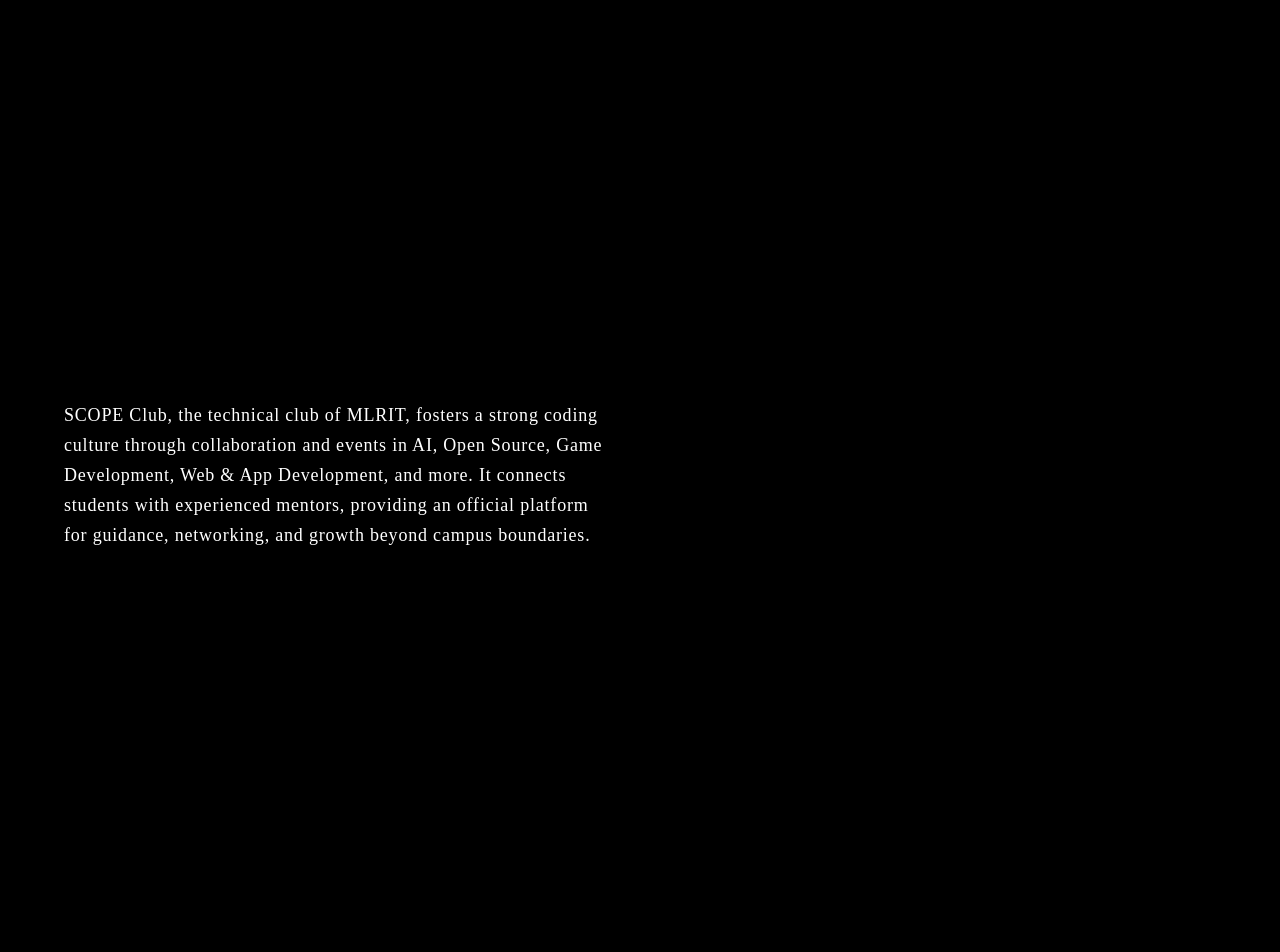
Repository: vajjipartisatwikraj/scopeclub
Page: /home
The author's editor kept a copy of each file at every save. The page is drawn from the files as they stood at one save, then again after the next save.
The browser window is 1280 px wide. The pictures show the part of the page from y = 752 to 1704 px (the page is 4336 px tall).
Some web fonts or font styles are not loaded; a fallback is used. The project was rebuilt for these pictures with package versions that can differ from the ones it lists, and the page was loaded fresh each time. Also part of the build but not shown: src/components/Team/Team.css, src/Assets/Data/TeamData.js, src/Assets/Data/TeamData22.js, src/Assets/Data/TeamData23.js, src/Assets/Data/TeamData24.js, src/Assets/Data/TeamData25.js, src/Assets/Data/TeamData26.js, src/Assets/Data/TeamData27.js and 15 more.

Above is the page before, as saved 2025-02-16 14:33:58.

### public/index.html
<!DOCTYPE html>
<html lang="en">
  <head>
    <meta charset="utf-8" />
    <link rel="icon" href="%PUBLIC_URL%/favicon.ico" />
    <!-- Bootstrap CSS -->

    <meta name="viewport" content="width=device-width, initial-scale=1" />
    <meta name="theme-color" content="#000000" />
    <meta
      name="description"
      content="Web site created using create-react-app"
    />
    <link rel="apple-touch-icon" href="%PUBLIC_URL%/logo192.png" />
    <!--
      manifest.json provides metadata used when your web app is installed on a
      user's mobile device or desktop. See https://developers.google.com/web/fundamentals/web-app-manifest/
    -->
    <link rel="manifest" href="%PUBLIC_URL%/manifest.json" />
    <!--
      Notice the use of %PUBLIC_URL% in the tags above.
      It will be replaced with the URL of the `public` folder during the build.
      Only files inside the `public` folder can be referenced from the HTML.

      Unlike "/favicon.ico" or "favicon.ico", "%PUBLIC_URL%/favicon.ico" will
      work correctly both with client-side routing and a non-root public URL.
      Learn how to configure a non-root public URL by running `npm run build`.
    -->
    <title>React App</title>
    <script type="module" src="https://unpkg.com/@splinetool/viewer@1.9.68/build/spline-viewer.js"></script>

    <link href="https://cdn.jsdelivr.net/npm/bootstrap@5.3.3/dist/css/bootstrap.min.css" rel="stylesheet" integrity="sha384-QWTKZyjpPEjISv5WaRU9OFeRpok6YctnYmDr5pNlyT2bRjXh0JMhjY6hW+ALEwIH" crossorigin="anonymous">
  </head>
  <body>
    <noscript>You need to enable JavaScript to run this app.</noscript>
    <div id="root"></div>
    <!--
      This HTML file is a template.
      If you open it directly in the browser, you will see an empty page.

      You can add webfonts, meta tags, or analytics to this file.
      The build step will place the bundled scripts into the <body> tag.

      To begin the development, run `npm start` or `yarn start`.
      To create a production bundle, use `npm run build` or `yarn build`.
    -->
    <script src="https://cdn.jsdelivr.net/npm/bootstrap@5.3.3/dist/js/bootstrap.bundle.min.js" integrity="sha384-YvpcrYf0tY3lHB60NNkmXc5s9fDVZLESaAA55NDzOxhy9GkcIdslK1eN7N6jIeHz" crossorigin="anonymous"></script>
  </body>
</html>

### src/App.js
import { BrowserRouter as Router, Routes, Route } from 'react-router-dom';
import Navbar from './components/Navbar';
import Home from './components/Home';
import Teams from './components/Team/Team';
import Events from './components/Events/Events';
import Resources from './components/resources/Resources';
import './App.css';
import { gsap } from 'gsap';
import { ScrollTrigger } from 'gsap/ScrollTrigger';
import React, { useEffect} from 'react';
import Footer from './components/Footer';
import ContactUs from './components/ContactUs/ContactUs';

gsap.registerPlugin(ScrollTrigger);

function App() {


  useEffect(() => {
    setTimeout(() => {
      const coords = { x: 0, y: 0 };
      const circles = document.querySelectorAll('.circle');
      if (circles.length === 0) return;

      circles.forEach((circle) => {
        circle.x = 0;
        circle.y = 0;
      });

      window.addEventListener('mousemove', (e) => {
        coords.x = e.clientX;
        coords.y = e.clientY;
      });

      function animateCircles() {
        let x = coords.x;
        let y = coords.y;

        circles.forEach((circle, index) => {
          if (!circle) return;

          circle.style.left = `${x - 12}px`;
          circle.style.top = `${y - 12}px`;
          circle.style.scale = (circles.length - index) / circles.length;
          circle.x = x;
          circle.y = y;

          const nextCircle = circles[index + 1] || circles[0];
          x += (nextCircle.x - x) * 0.3;
          y += (nextCircle.y - y) * 0.3;
        });

        requestAnimationFrame(animateCircles);
      }

      animateCircles();
    }, 100);
  }, []);

  return (
    <>
    <Router>
      <Navbar />
      <Routes>
        <Route path="/home" element={<Home />} />
        <Route path="/teams" element={<Teams />} />
        <Route path="/events" element={<Events />} />
        <Route path="/resources" element={<Resources />} />
        <Route path="/contact" element={<ContactUs />} />
      </Routes>
      <Footer/>
    </Router>
    {/* Cursor effect elements */}
    {[...Array(20)].map((_, index) => (
      <div key={index} className="circle"></div>
    ))}</>
  );
}

export default App;

### src/components/Navbar.js
import {React, useEffect, useState} from 'react';
import { Link } from 'react-router-dom';
import './Navbar.css';

function Navbar() {

  const [showNavbar, setShowNavbar] = useState(true);
  let lastScrollY = window.scrollY;

  useEffect(() => {
    const handleScroll = () => {
      if (window.scrollY > lastScrollY) {
        setShowNavbar(false); // Hide on scroll down
      } else {
        setShowNavbar(true); // Show on scroll up
      }
      lastScrollY = window.scrollY;
    };

    window.addEventListener("scroll", handleScroll);

    return () => {
      window.removeEventListener("scroll", handleScroll);
    };
  }, []);

  return (
    <div className={`NAVBAR ${showNavbar ? "visible" : "hidden"}`}>
      <nav className="navbar navbar-expand-lg">
        <div className="container-fluid d-flex">
          <div className="scope-logo"></div>
          <button
            className="navbar-toggler order-lg-2"
            type="button"
            data-bs-toggle="collapse"
            data-bs-target="#navbarSupportedContent"
            aria-controls="navbarSupportedContent"
            aria-expanded="false"
            aria-label="Toggle navigation"
          >
            <span className="navbar-toggler-icon"></span>
          </button>
          <div className="collapse navbar-collapse order-lg-3" id="navbarSupportedContent">
            <ul className="navbar-nav mx-auto mb-2 mb-lg-0 nav-bar d-flex justify-content-around">
              <li className="nav-item">
                <Link className="nav-link active" to="/home">Home</Link>
              </li>
              <li className="nav-item">
                <Link className="nav-link" to="/teams">Team</Link>
              </li>
              <li className="nav-item">
                <Link className="nav-link" to="/events">Events</Link>
              </li>
              <li className="nav-item">
                <Link className="nav-link" to="/resources">Resources</Link>
              </li>
              <li className="nav-item">
                <Link className="nav-link" to="/contact">Contact Us</Link>
              </li>
            </ul>
            <form className="d-flex order-lg-4" role="search">
              <a href="https://linktr.ee/mlritscope" className="linktree">
              <button  className="btn btn-outline-success joinus-btn" type="submit">Join Us</button>
              </a>

            </form>
          </div>
        </div>
      </nav>
    </div>
  );
}

export default Navbar;

### src/App.css

* {
  padding: 0px;
  margin: 0px;
}

::-webkit-scrollbar {
  display: none;
}

@font-face {
  font-family: "turnkey-bold";
  src: url(C:\Users\SATWIK\OneDrive\Desktop\scope-website\public\fonts\TurnkeyLite-Bold.otf)
    format("woff2");
  font-weight: normal;
  font-style: normal;
}

@font-face {
  font-family: "turnkey-medium";
  src: url(C:\Users\SATWIK\OneDrive\Desktop\scope-website\public\fonts\TurnkeyLite-Medium.otf)
    format("woff2");
  font-weight: normal;
  font-style: normal;
}

@font-face {
  font-family: "turnkey-light";
  src: url(C:\Users\SATWIK\OneDrive\Desktop\scope-website\public\fonts\TurnkeyLite-ExtraLight.otf)
    format("woff2");
  font-weight: normal;
  font-style: normal;
}


@font-face {
  font-family: 'MADE-OUTER-SANS';
  src: url('../public/fonts/MADEOuterSansBoldPERSONALUSE.otf') format('truetype');
}

.green-container {
  width: 100%;
  height: 112vh;
  display: flex;
  justify-content: center;
}

.inner-container {
  position: relative; /* Needed for absolute positioning */
  width: 95%;
  height: 85%;
  border-radius: 0px 0px 19.548px 19.548px;
  overflow: hidden;
  display: flex;
  justify-content: space-between;
  background: linear-gradient(
    180deg,
    rgba(0, 0, 0, 0.33) 0%,
    rgba(9, 16, 0, 0.37) 54.9%,
    rgba(35, 63, 0, 0.5) 76.4%,
    rgba(68, 124, 0, 0.5) 98.4%
  );
}

.circle-light {
  position: relative;
  top: 30%;
  left: 40%;
  width: 20%;
  height: 20%;
  border-radius: 500px;
  background-color: rgba(87, 201, 90, 0.5);
  filter: blur(303.035400390625px);
}

.grid-image-left {
  width: 40%;
  height: 100%;
  position: relative;
  bottom: 0%;
  background-image: url(C:\Users\SATWIK\OneDrive\Desktop\scope-website\public\images\Vector1.png);
  background-size: cover;
  background-size: contain;
  background-repeat: no-repeat;
  background-position: right bottom;
}

.grid-image-right {
  width: 40%;
  height: 100%;
  position: relative;
  bottom: 0%;
  background-image: url(C:\Users\SATWIK\OneDrive\Desktop\scope-website\public\images\Vector2.png);
  background-size: cover;
  background-size: contain;
  background-repeat: no-repeat;
  background-position: left bottom;
  z-index: 2;
}

.top-layer {
  position: absolute;
  z-index: 1;
  display: flex;
  align-items: center;
  flex-direction: column;
  align-items: center;
  top: 30%;
}

.head {
  font-family: turnkey-bold;
  color: white;
  font-size: 500%;
  letter-spacing: -2px;
  margin-bottom: 0px;
}

.highlighted {
  font-family: turnkey-bold;
  color: #36be00;
}

.caption {
  margin-top: 1%;
  font-family: turnkey-light;
  font-size: 16px;
  font-weight: 100;
  color: white;
  width: 60%;
  line-height: 154.513%; /* 25.29px */
  letter-spacing: 1px;
  text-align: center;
}

.hw-container {
  margin-bottom: 3%;
  width: 200px;
  height: 8vh;
  border-radius: 27.44px;
  border: 0.61px solid #36be00;
  box-shadow: 0px 0px 4.878px 2.439px rgba(54, 190, 0, 0.25);
  display: flex;
  align-items: center;
  justify-content: space-around;
  padding-left: 10px;
}

.hw-text {
  font-family: turnkey-light;
  font-size: 25px;
  color: white;
  margin: 0px;
  width: fit-content;
  text-overflow: ellipsis;
}

.hw-arrow {
  width: 20%;
  height: 90%;
  position: relative;
  background-image: url(C:\Users\SATWIK\OneDrive\Desktop\scope-website\public\images\arrow.png);
  background-size: cover;
  background-size: contain;
  background-repeat: no-repeat;
  background-position: center;
}

.fontChange {
  font-family: "Gill Sans", "Gill Sans MT", Calibri, "Trebuchet MS", sans-serif;
}

@keyframes expandCircle {
  0% {
    width: 0px;
    height: 0px;
    opacity: 0;
  }
  100% {
    width: var(--circle-size);
    height: var(--circle-size);
    opacity: 1;
  }
}

div.circles {
  width: 50%;
  height: 10vh;
  position: absolute;
  z-index: 1;
  display: flex;
  justify-content: center;
  align-items: center;
  top: 100%;
  left: 25%;
  opacity: 0.3;
}

div.circle1,
div.circle2,
div.circle3 {
  position: absolute;
  border-radius: 50%;
  animation: expandCircle 0.6s cubic-bezier(0.25, 1, 0.5, 1) forwards;
}

/* Circle 1 */
div.circle1 {
  --circle-size: 300px;
  background: rgba(0, 135, 4, 0.5);
  animation-delay: 0s;
}

/* Circle 2 */
div.circle2 {
  --circle-size: 400px;
  background: rgba(43, 145, 46, 0.2);
  animation-delay: 0.15s;
}

/* Circle 3 */
div.circle3 {
  --circle-size: 500px;
  background: rgba(43, 145, 46, 0.2);
  animation-delay: 0.3s;
}

.inside-scope {
  width: 100%;
  height: 100%;
  margin-top: 10%;
  margin-bottom: 10%;
  display: flex;
  align-items: center;
}

@keyframes expandBlurredCircle {
  from {
    width: 0;
    height: 0;
    opacity: 0;
    filter: blur(0px);
  }
  to {
    width: 40%;
    height: 80%;
    opacity: 1;
    filter: blur(200px);
  }
}

.is-circle-light {
  position: absolute;
  align-items: center;
  z-index: 1;
  height: 80%;
  width: 40%;
  border-radius: 500px;
  background: rgba(51, 217, 11, 0.25);
  filter: blur(200px);
  opacity: 0; /* Initially hidden */
  animation: expandBlurredCircle 1s ease-out forwards;
  animation-play-state: paused; /* Pause the animation initially */
}

/* Use a scroll-based approach to trigger the animation */
@media (prefers-reduced-motion: no-preference) {
  .is-circle-light {
    animation-play-state: running; /* Start the animation */
    animation-timeline: view();
  }
}

.is-top-layer {
  display: flex;
  align-items: center;
  justify-content: center;
  gap: 30px;
  z-index: 5;
  padding-left: 5%;
  padding-right: 5%;
}

.is-image {
  width: 150%;
  height: 70vh;
}

.is-contents {
  align-items: start;
  display: flex;
  flex-direction: column;
  gap: 20px;
}

.is-head {
  font-family: turnkey-light;
  color: white;
  font-size: 5vw;
  letter-spacing: -2px;
  margin: 0px;
}

.is-caption {
  width: 80%;
  font-size: 18px;
  color: white;
  font-family: turnkey-light;
  line-height: 30px; /* 150% */
  letter-spacing: 0.05rem;
}

body {
  background-color: black;
  margin: 0;
}

.circle {
  height: 24px;
  width: 24px;
  border-radius: 50%;
  background-color: white;
  position: fixed;
  top: 0;
  left: 0;
  pointer-events: none;
  z-index: 99999999; /* Ensures it stays on top */
  opacity: 0.8;
  transition: transform 0.1s ease-out;
}

/*What do we do?*/

.wdwd {
  width: 100%;
  height: 100%;
  padding: 5%;
  display: flex;
  flex-direction: column;
  align-items: center;
  padding-top: 0px;
  padding-bottom: 0px;
}

.wdwd-head {
  font-size: 60px;
  font-family: turnkey-light;
  color: white;
}

.wdwd-main-container {
  margin: 150px;
  margin-top: 60px;
}

.wdwe-01-container,
.wdwe-02-container,
.wdwe-03-container {
  display: flex;
  align-items: center;
  padding-top: 50px;
  gap: 10%;
}

.wdwd-01-num,
.wdwd-02-num,
.wdwd-03-num {
  -webkit-text-stroke-width: 1px;
  -webkit-text-stroke-color: #36be00;
  color: transparent;
  font-family: turnkey-bold;
  font-size: 300px;
  font-style: normal;
  font-weight: 700;
  line-height: normal;
  transition: color 0.3s ease-in-out;
}

.wdwd-01,
.wdwd-02,
.wdwd-03 {
  display: flex;
  flex-direction: column;
  gap: 20px;
}

.wdwd-01-head,
.wdwd-02-head,
.wdwd-03-head {
  width: fit-content;
  padding-bottom: 10px;
  color: #fff;
  font-family: "FONTSPRING DEMO - Turnkey Medium";
  font-size: 50px;
  font-style: normal;
  font-weight: 500;
  line-height: normal;
  border-bottom: 4px solid #33d90b;
  margin: 0px;
}

.wdwd-01-content,
.wdwd-02-content,
.wdwd-03-content {
  color: #ffffffdb;
  font-family: turnkey-light;
  font-size: 16px;
  font-style: normal;
  font-weight: 100;
  line-height: normal;
  letter-spacing: 0.05rem;
}

/*brand-events */

.brand-events {
  height: 70vh;
  padding-top: 50px;
  margin-bottom: 200px;
  margin: 200px;
  display: flex;
  flex-direction: column;
  gap: 60px;
  margin-top: 0px;
}

.brand-events-top-container {
  display: flex;
  flex-direction: column;
  gap: 20px;
}


.brand-events-bottom-container {
  padding-bottom: 100px;
}

.brand-events-head {
  font-size: 60px;
  font-family: turnkey-bold;
  color: white;
}

.brand-events-caption {
  color: #ffffffdb;
  font-family: turnkey-light;
  font-size: 16px;
  font-style: normal;
  font-weight: 100;
  line-height: normal;
  letter-spacing: 0.05rem;
}

.logo-container {
  width: 100%;
  display: grid;
  gap: 60px;
  justify-content: center;
  align-items: center;
}

.logo {
  width: 60%;
  height: auto;
  object-fit: contain;
}

.line{
  color: #808080;
  height: 1px;
  width: 100%;
}

.footer-container{
  display: flex;
  flex-direction: column;
  align-items: center;
  justify-content: center;
  gap: 10%;
  height: 115%;
  padding: 5%;
}


.footer-bottom-container{
  width: 90%;
  display: flex;
  align-items: flex-start;
  gap: 15%;
  margin-top: 10%;
}

.footer-top-container{
  width: 100%;
  display: flex;
  padding: 4%;
  align-items: center;
  justify-content: center;
  gap: 70px;
  padding-bottom: 0px;
}

.scope,.mlrit{
  width: 20%;
  height: 7vh;
  position: relative;
  background-image: url(C:\Users\SATWIK\OneDrive\Desktop\scope-website\public\images\scope.png);
  background-size: cover;
  background-size: contain;
  background-repeat: no-repeat;
  background-position: center;
}

.mlrit{
  background-image: url(C:\Users\SATWIK\OneDrive\Desktop\scope-website\public\images\mlrit.png);
  height: 5vh;
}

.flwus-text,.writeus-text,.meet-text{
  font-family: turnkey-medium;
  font-size: 2.5rem;
  color: #33d90b;
}

.flwus-content,.writeus-content,.meet-content{
  font-family: turnkey-light;
  font-size: 1rem;
  color: #fff;
  letter-spacing: 0.05rem;
}

.social{
  display: flex;
}

.twitter,.instagram,.linkedIn,.github{
  height: 10vh;
  width: 30%;
  margin: 10px;
  margin-top: 0px;
  fill: #fff;
  cursor: pointer;
}

/* Desktop: 2x4 grid */
@media (min-width: 1024px) {
  .logo-container {
    grid-template-columns: repeat(4, 1fr);
    grid-template-rows: repeat(2, auto);
  }
}

/* Tablet: 3x3 grid */
@media (min-width: 768px) and (max-width: 1023px) {
  .logo-container {
    grid-template-columns: repeat(3, 1fr);
    grid-template-rows: repeat(3, auto);
  }
  .circle {
    visibility: hidden;
  }
}

/* Mobile: 3x3 grid */
@media (max-width: 768px) {


  .green-container{
    height: 100vh;
  }

  .hw-container {
    height: 6vh;
    width: 40%;
    padding-right: 5px;
  }

  .top-layer{
    top: 25%;
  }

  .head{
    text-align: center;
    margin-top: 5%;
    font-size: 50px;
    margin-bottom: 5%;
    line-height: 55px;
  }

  .caption{
    width: 80%;
    font-size: 15px;
  }


  .hw-text {
    font-size: 20px;
  }

  .inside-scope{
    margin-top: 0%;
  }

  .is-head{
    font-size: 13vw;

  }

  .is-caption{
    font-size: 13px;
    width: 100%;
    line-height: 20px;
    letter-spacing: 0.01rem;
  }

  .is-top-layer{
    flex-direction: column;
  }

  .is-image{
    height: 50vh;
    width: 200%;
  }
  /* Circle 1 */
  div.circle1 {
    --circle-size: 300px;
  }

  /* Circle 2 */
  div.circle2 {
    --circle-size: 400px;
  }

  /* Circle 3 */
  div.circle3 {
    --circle-size: 500px;
  }
  .circle {
    visibility: hidden;
    pointer-events: none;
  }

  .wdwd-head{
    font-size: 45px;
    margin-top: 30%;

  }

  .wdwd-main-container{
    display: flex;
    flex-direction: column;
    gap: 50px;
    margin: 5%;
  }

  .wdwd-01-num,
  .wdwd-02-num,
  .wdwd-03-num {
    font-size: 50px;
    width: fit-content;
    -webkit-text-stroke-width: 0.5px;
  }

  .wdwd-01-head,
  .wdwd-02-head,
  .wdwd-03-head {
    font-family: turnkey-bold;
    font-size: 30px;
    border-bottom: 1px solid #33d90b;
  }

  .wdwd-01-content,
  .wdwd-02-content,
  .wdwd-03-content {
    font-size: 13px;
  }

  .brand-events-head {
    font-size: 37px;
  }

  .brand-events {
    margin: 10px;
    padding: 5%;
    margin-top: 30%;
  }

  .brand-events-caption{
    font-size: 13px;
  }

  .logo-container {
    grid-template-columns: repeat(3, 1fr);
    grid-template-rows: repeat(3, auto);
    gap: 25px;
  }

  .flwus-text,.writeus-text,.meet-text{
    font-family: turnkey-medium;
    font-size: 30px;
    color: #33d90b;
  }

  .flwus-content,.writeus-content,.meet-content{
    font-size: 14px;
    letter-spacing: 0.2px;
  }


  .footer-top-container{
    gap: 5%;
  }

  .footer-bottom-container{
    flex-direction: column;
    gap: 50px;
  }

  .social{
    gap: 10px;
  }

  .twitter,.instagram,.linkedIn,.github{
    height: fit-content;
    width: 15%;
    margin: 3px;
    margin-top: 0px;
    fill: #fff;
    cursor: pointer;
  }
}

### src/components/Navbar.css
body {
  background-color: black;
}

.NAVBAR{
    position: fixed;
    top: 0px;
    width: 100%;
    z-index: 10;
}

.NAVBAR.hidden {
  transform: translateY(-100%);
}

.NAVBAR.visible {
  transform: translateY(0);
}

nav {
  margin-top: 1%;
  margin-left: 3%;
  margin-right: 3%;
}

.nav-item {
  display: flex;
  align-items: center;
}

.navbar-toggler-icon{
  background-image: url(C:\Users\SATWIK\OneDrive\Desktop\scope-website\public\images\nav.png);
  background-size: cover;
  background-size: contain;
  background-repeat: no-repeat;
  background-position: center;
}

ul.navbar-nav.mx-auto.mb-2.mb-lg-0.nav-bar {
  border: 1px solid white;
  border-radius: 100px;
  width: 45%;
  height: 55.089px;
  color: white;
  border-radius: 27.545px;
  border: 0.874px solid #363636;
  backdrop-filter: blur(5px);
  box-shadow: 0px 0px 3.498px 8.744px rgba(0, 0, 0, 0.25);
}

.nav-link,
.nav-link.active {
  font-size: 17px;
  font-family: turnkey-light;
  color: white !important;
}

.nav-link:hover{
  color: #36be00 !important;
}


.joinus-btn {
  width: 146px;
  height: 47.351px;
  border-radius: 32.751px;
  border: 1px solid rgba(255, 255, 255, 0.9);
  background: #36be00;
  font-family: turnkey-medium;
  color: white;
  font-size: 20px;
}

.scope-logo {
  width: 10%;
  height: 10vh;
  position: relative;
  background-image: url(C:\Users\SATWIK\OneDrive\Desktop\scope-website\public\images\scope-logo.png);
  background-size: cover;
  background-size: contain;
  background-repeat: no-repeat;
  background-position: center;
}


/* Desktop: 2x4 grid */
@media (min-width: 1024px) {

}

/* Tablet: 3x3 grid */
@media (min-width: 768px) and (max-width: 1023px) {

}


/* Mobile: 3x3 grid */
@media (max-width: 768px) {
  .scope-logo{
    width: 30%;
  }
  .nav-link.active {
    background-color: rgb(33, 33, 33);
    border-radius: 10px;
    padding: 10px 30px 10px 30px;
    width: 200%;
  }
  ul.navbar-nav.mx-auto.mb-2.mb-lg-0.nav-bar {
    display: flex;
    flex-direction: column;
    align-items: center;
    width: 100%;
    height: 100%;
    border-radius: 0px;
    border: 0px;
    background-color: black;
  }
  .joinus-btn{
    visibility: hidden;
    pointer-events: none;
  }
}

Loaded but not shown: src/index.js (common file); src/index.css (common file); src/reportWebVitals.js (common file); src/components/Home.js (164 lines, source omitted); src/components/Footer.js (38 lines, source omitted)

After the next save:
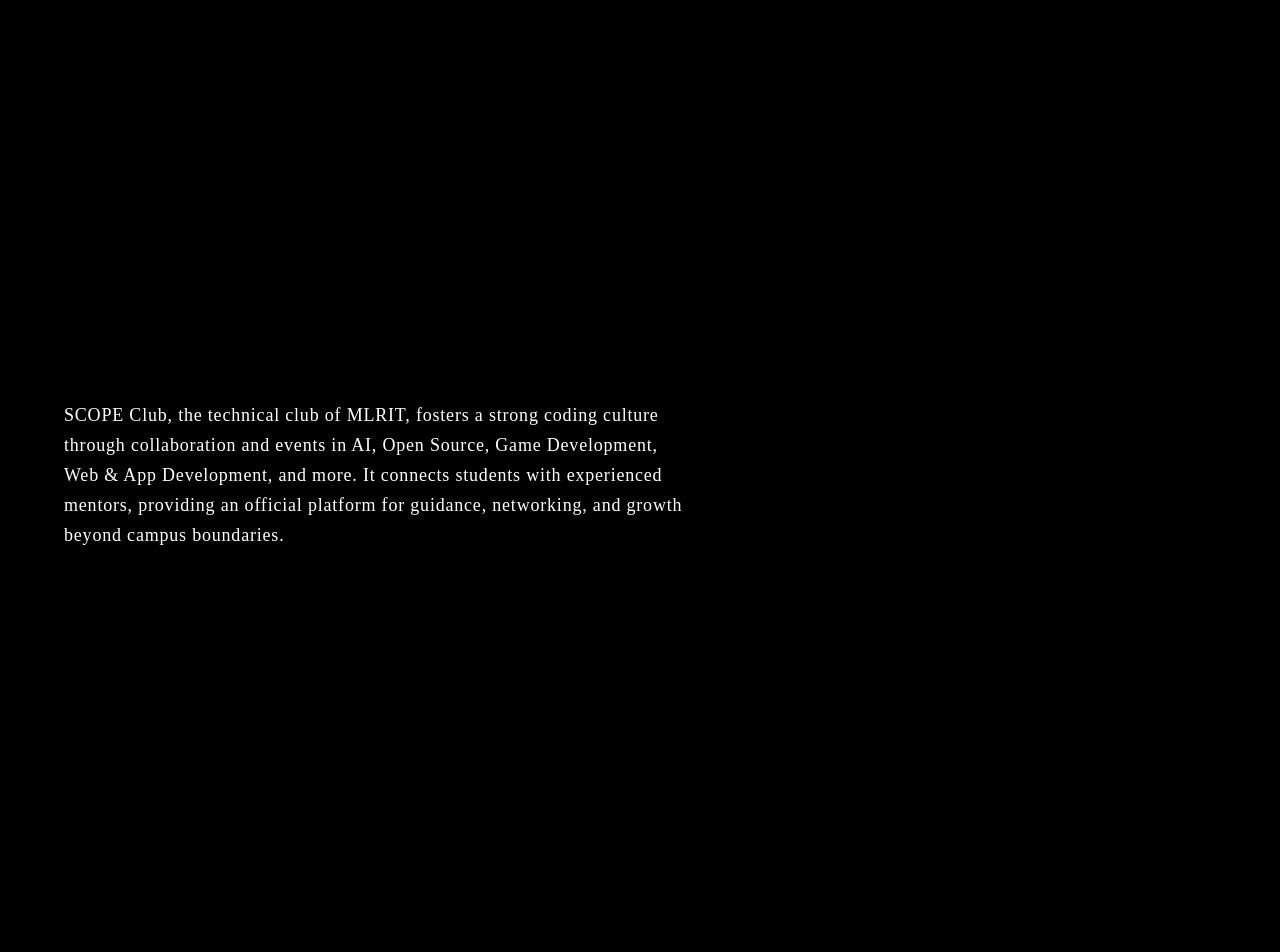
Saved 97 s later.
--- a/src/App.css
+++ b/src/App.css
@@ -282,8 +282,15 @@
 }
 
 .is-image {
-  width: 150%;
+  width: 100%;
   height: 70vh;
+
+}
+
+spline-viewer {
+  transform: scale(1.3); /* Adjust scale to zoom in */
+  width: 130%; /* Make it wider */
+  height: 130%; /* Make it taller */
 }
 
 .is-contents {
